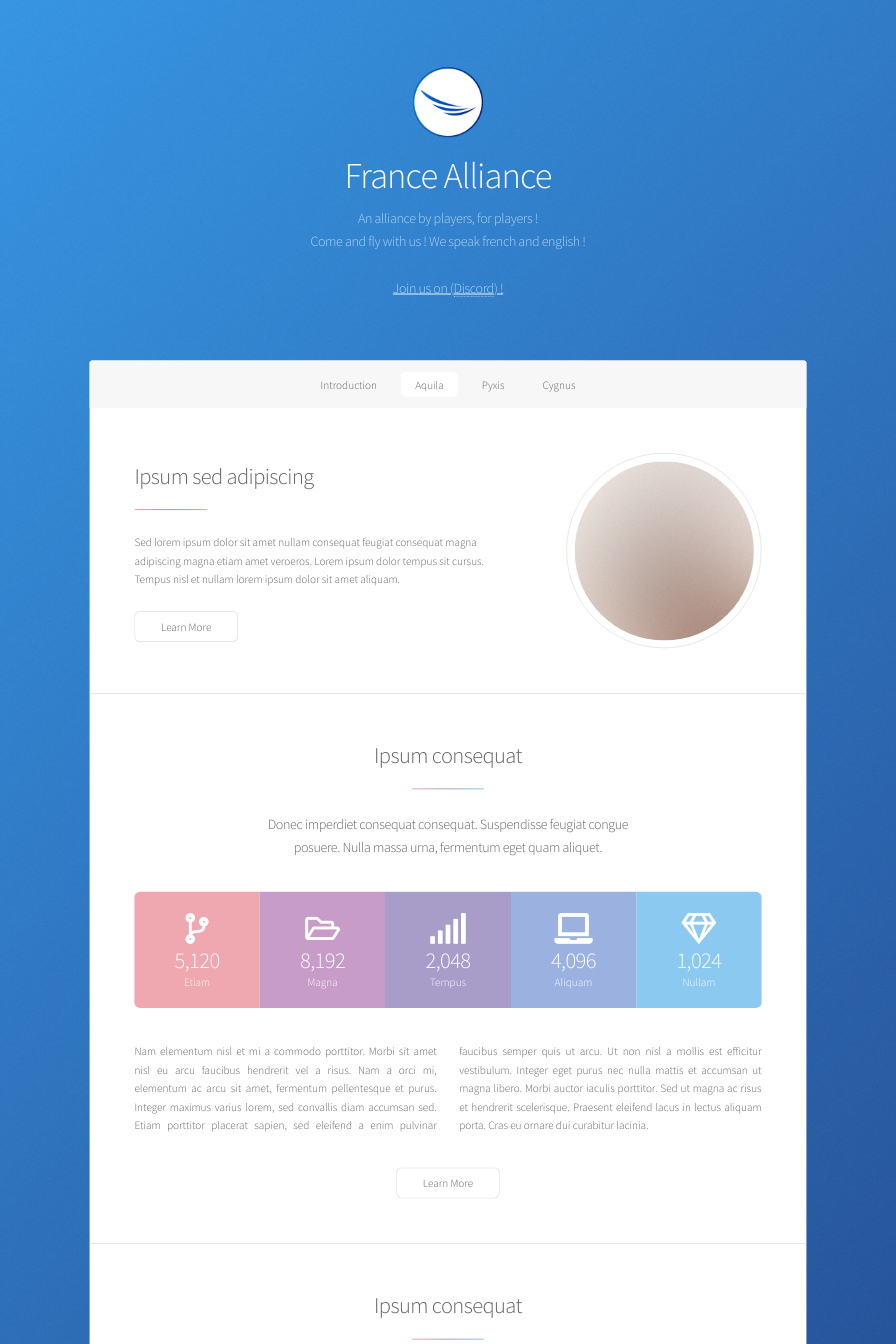
Repository: France-Alliance/France-Alliance.github.io
Page: index.html
An editor plug-in stored every save of this project. The page is shown before and after the next save, followed by the edit.
The browser window is 1280 px wide. The pictures show the part of the page from y = 0 to 1920 px (the page is 3482 px tall before and 3515 px after), at 70% of full size.

Above is the page before, as saved 2021-04-06 09:20:59.

### index.html
<!DOCTYPE HTML>
<!--
	From Stellar by HTML5 UP
	html5up.net | @ajlkn
	Free for personal and commercial use under the CCA 3.0 license (html5up.net/license)
-->
<html>
	<head>
		<title>France Alliance</title>
		<meta charset="utf-8" />
		<meta name="viewport" content="width=device-width, initial-scale=1, user-scalable=no" />
		<link rel="stylesheet" href="assets/css/main.css" />
		<noscript><link rel="stylesheet" href="assets/css/noscript.css" /></noscript>
		<script src="https://twemoji.maxcdn.com/v/latest/twemoji.min.js" crossorigin="anonymous"></script>
	</head>
	<body class="is-preload">

		<!-- Wrapper -->
			<div id="wrapper">

				<!-- Header -->
					<header id="header" class="alt">
						<span class="logo"><img src="images/Fichier 1.png" alt="" /></span>
						<h1>France Alliance</h1>
						<p>An alliance by players, for players !<br>
						Come and fly with us ! We speak french and english !<br>
						<br><u>Join us on (<a href="https://discord.com/invite/ZGWHpfm">Discord</a>) !</u></p>
					</header>

				<!-- Nav -->
					<nav id="nav">
						<ul>
							<li><a href="#intro" class="active">Introduction</a></li>
							<li><a href="#first">Aquila</a></li>
							<li><a href="#second">Pyxis</a></li>
							<li><a href="#cta">Cygnus</a></li>
						</ul>
					</nav>

				<!-- Main -->
					<div id="main">

						<!-- Introduction -->
							<section id="intro" class="main">
								<div class="spotlight">
									<div class="content">
										<header class="major">
											<h2>Ipsum sed adipiscing</h2>
										</header>
										<p>Sed lorem ipsum dolor sit amet nullam consequat feugiat consequat magna
										adipiscing magna etiam amet veroeros. Lorem ipsum dolor tempus sit cursus.
										Tempus nisl et nullam lorem ipsum dolor sit amet aliquam.</p>
										<ul class="actions">
											<li><a href="generic.html" class="button">Learn More</a></li>
										</ul>
									</div>
									<span class="image"><img src="images/pic01.jpg" alt="" /></span>
								</div>
							</section>

							<!-- First Section -->
							<section id="first" class="main special">
								<header class="major">
									<h2>Ipsum consequat</h2>
									<p>Donec imperdiet consequat consequat. Suspendisse feugiat congue<br />
									posuere. Nulla massa urna, fermentum eget quam aliquet.</p>
								</header>
								<ul class="statistics">
									<li class="style1">
										<span class="icon solid fa-code-branch"></span>
										<strong>5,120</strong> Etiam
									</li>
									<li class="style2">
										<span class="icon fa-folder-open"></span>
										<strong>8,192</strong> Magna
									</li>
									<li class="style3">
										<span class="icon solid fa-signal"></span>
										<strong>2,048</strong> Tempus
									</li>
									<li class="style4">
										<span class="icon solid fa-laptop"></span>
										<strong>4,096</strong> Aliquam
									</li>
									<li class="style5">
										<span class="icon fa-gem"></span>
										<strong>1,024</strong> Nullam
									</li>
								</ul>
								<p class="content">Nam elementum nisl et mi a commodo porttitor. Morbi sit amet nisl eu arcu faucibus hendrerit vel a risus. Nam a orci mi, elementum ac arcu sit amet, fermentum pellentesque et purus. Integer maximus varius lorem, sed convallis diam accumsan sed. Etiam porttitor placerat sapien, sed eleifend a enim pulvinar faucibus semper quis ut arcu. Ut non nisl a mollis est efficitur vestibulum. Integer eget purus nec nulla mattis et accumsan ut magna libero. Morbi auctor iaculis porttitor. Sed ut magna ac risus et hendrerit scelerisque. Praesent eleifend lacus in lectus aliquam porta. Cras eu ornare dui curabitur lacinia.</p>
								<footer class="major">
									<ul class="actions special">
										<li><a href="generic.html" class="button">Learn More</a></li>
									</ul>
								</footer>
							</section>

						<!-- First Section Example
							<section id="second" class="main special">
								<header class="major">
									<h2>Magna veroeros</h2>
								</header>
								<ul class="features">
									<li>
										<span class="icon solid major style1 fa-code"></span>
										<h3>Ipsum consequat</h3>
										<p>Sed lorem amet ipsum dolor et amet nullam consequat a feugiat consequat tempus veroeros sed consequat.</p>
									</li>
									<li>
										<span class="icon major style3 fa-copy"></span>
										<h3>Amed sed feugiat</h3>
										<p>Sed lorem amet ipsum dolor et amet nullam consequat a feugiat consequat tempus veroeros sed consequat.</p>
									</li>
									<li>
										<span class="icon major style5 fa-gem"></span>
										<h3>Dolor nullam</h3>
										<p>Sed lorem amet ipsum dolor et amet nullam consequat a feugiat consequat tempus veroeros sed consequat.</p>
									</li>
								</ul>
								<footer class="major">
									<ul class="actions special">
										<li><a href="generic.html" class="button">Learn More</a></li>
									</ul>
								</footer>
							</section>
						-->

						<!-- Second Section -->
							<section id="second" class="main special">
								<header class="major">
									<h2>Ipsum consequat</h2>
									<p>Donec imperdiet consequat consequat. Suspendisse feugiat congue<br />
									posuere. Nulla massa urna, fermentum eget quam aliquet.</p>
								</header>
								<ul class="statistics">
									<li class="style1">
										<span class="icon solid fa-code-branch"></span>
										<strong>5,120</strong> Etiam
									</li>
									<li class="style2">
										<span class="icon fa-folder-open"></span>
										<strong>8,192</strong> Magna
									</li>
									<li class="style3">
										<span class="icon solid fa-signal"></span>
										<strong>2,048</strong> Tempus
									</li>
									<li class="style4">
										<span class="icon solid fa-laptop"></span>
										<strong>4,096</strong> Aliquam
									</li>
									<li class="style5">
										<span class="icon fa-gem"></span>
										<strong>1,024</strong> Nullam
									</li>
								</ul>
								<p class="content">Nam elementum nisl et mi a commodo porttitor. Morbi sit amet nisl eu arcu faucibus hendrerit vel a risus. Nam a orci mi, elementum ac arcu sit amet, fermentum pellentesque et purus. Integer maximus varius lorem, sed convallis diam accumsan sed. Etiam porttitor placerat sapien, sed eleifend a enim pulvinar faucibus semper quis ut arcu. Ut non nisl a mollis est efficitur vestibulum. Integer eget purus nec nulla mattis et accumsan ut magna libero. Morbi auctor iaculis porttitor. Sed ut magna ac risus et hendrerit scelerisque. Praesent eleifend lacus in lectus aliquam porta. Cras eu ornare dui curabitur lacinia.</p>
								<footer class="major">
									<ul class="actions special">
										<li><a href="generic.html" class="button">Learn More</a></li>
									</ul>
								</footer>
							</section>

						<!-- Get Started -->
							<section id="cta" class="main special">
								<header class="major">
									<h2>Congue imperdiet</h2>
									<p>Donec imperdiet consequat consequat. Suspendisse feugiat congue<br />
									posuere. Nulla massa urna, fermentum eget quam aliquet.</p>
								</header>
								<footer class="major">
									<ul class="actions special">
										<li><a href="generic.html" class="button primary">Get Started</a></li>
										<li><a href="generic.html" class="button">Learn More</a></li>
									</ul>
								</footer>
							</section>

					</div>

				<!-- Footer -->
					<footer id="footer">
						<section>
							<h2>Aliquam sed mauris</h2>
							<p>Sed lorem ipsum dolor sit amet et nullam consequat feugiat consequat magna adipiscing tempus etiam dolore veroeros. eget dapibus mauris. Cras aliquet, nisl ut viverra sollicitudin, ligula erat egestas velit, vitae tincidunt odio.</p>
							<ul class="actions">
								<li><a href="generic.html" class="button">Learn More</a></li>
							</ul>
						</section>
						<section>
							<h2>Contact</h2>
							<dl class="alt">
								<dt>Address</dt>
								<dd>40 rue de Barbès &bull; Montrouge, Ile de France 92120 &bull; FR</dd>
								<dt>Phone</dt>
								<dd>(+33) 00 00 00 00 00</dd>
								<dt>Email</dt>
								<dd><a href="#">am2.francealliance@gmail.com</a></dd>
							</dl>
							<ul class="icons">
								<li><a href="https://twitter.com/FranceAlliance" class="icon brands fa-twitter alt"><span class="label">Twitter</span></a></li>
								<!--<li><a href="#" class="icon brands fa-facebook-f alt"><span class="label">Facebook</span></a></li>-->
								<li><a href="https://www.instagram.com/francealliance" class="icon brands fa-instagram alt"><span class="label">Instagram</span></a></li>
								<li><a href="https://github.com/France-Alliance" class="icon brands fa-github alt"><span class="label">GitHub</span></a></li>
								<!--<li><a href="#" class="icon brands fa-dribbble alt"><span class="label">Dribbble</span></a></li>-->
							</ul>
						</section>
						<p class="copyright">&copy; Stellar from <a href="https://html5up.net">HTML5 UP</a>.</p>
					</footer>

			</div>

		<!-- Scripts -->
			<script src="assets/js/jquery.min.js"></script>
			<script src="assets/js/jquery.scrollex.min.js"></script>
			<script src="assets/js/jquery.scrolly.min.js"></script>
			<script src="assets/js/browser.min.js"></script>
			<script src="assets/js/breakpoints.min.js"></script>
			<script src="assets/js/util.js"></script>
			<script src="assets/js/main.js"></script>

	</body>
</html>

Loaded but not shown: assets/css/fontawesome-all.min.css (library); assets/js/jquery.min.js (library); assets/js/jquery.scrollex.min.js (common file); assets/js/jquery.scrolly.min.js (common file); assets/js/browser.min.js (common file); assets/js/breakpoints.min.js (common file); assets/js/util.js (587 lines, source omitted); assets/js/main.js (123 lines, source omitted); assets/css/main.css (3784 lines, source omitted)

After the next save:
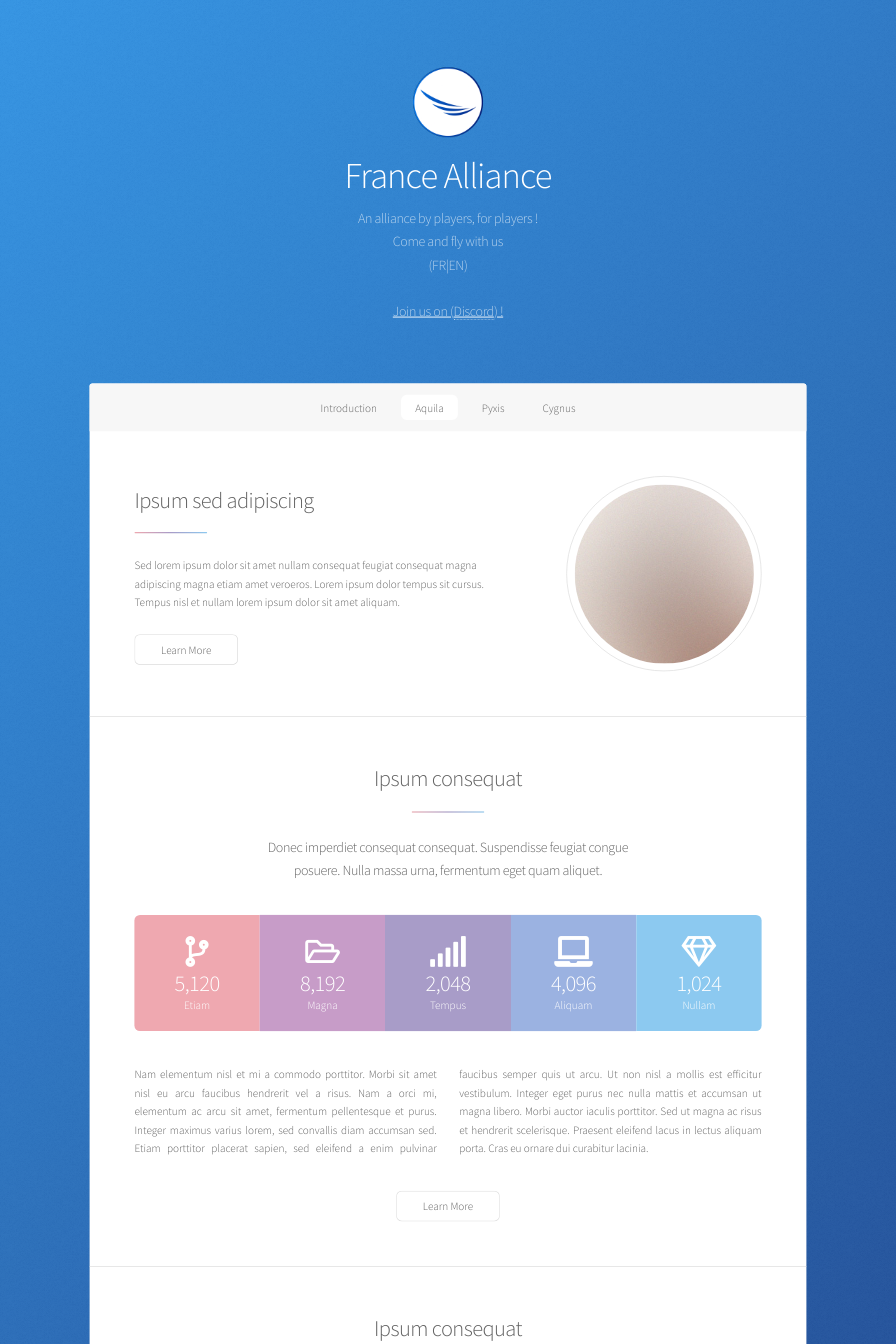
Saved 83 s later.
--- a/index.html
+++ b/index.html
@@ -23,7 +23,8 @@
 						<span class="logo"><img src="images/Fichier 1.png" alt="" /></span>
 						<h1>France Alliance</h1>
 						<p>An alliance by players, for players !<br>
-						Come and fly with us ! We speak french and english !<br>
+						Come and fly with us<br>
+						(FR|EN)<br>
 						<br><u>Join us on (<a href="https://discord.com/invite/ZGWHpfm">Discord</a>) !</u></p>
 					</header>
 
